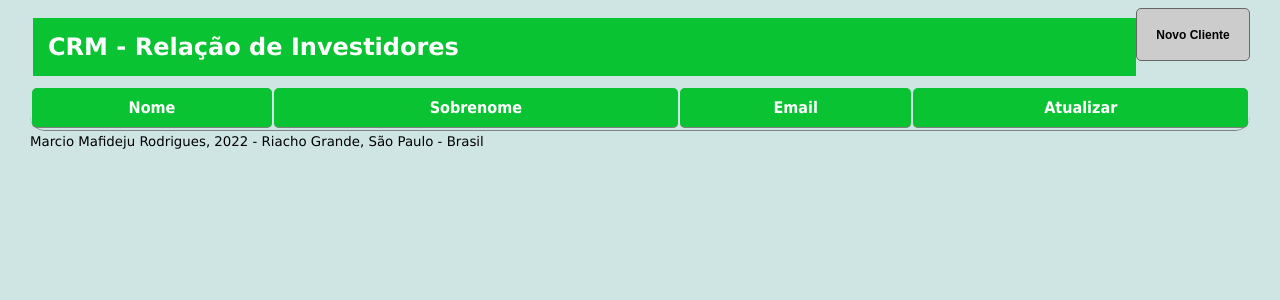
Repository: mafideju/CustomerTracker
Page: http://localhost/web-customer-tracker/WEB-INF/view/list-customers.jsp
An editor plug-in stored every save of this project. The page is shown before and after the next save, followed by the edit.
The browser window is 1280 px wide. The pictures show the whole page.
The page is served by Tomcat 9. Nobody is signed in. The template is opened directly, without the code that normally fills it, so the values that code supplies are empty.

Above is the page before, as saved 2022-01-27 13:58:10.

After the next save:
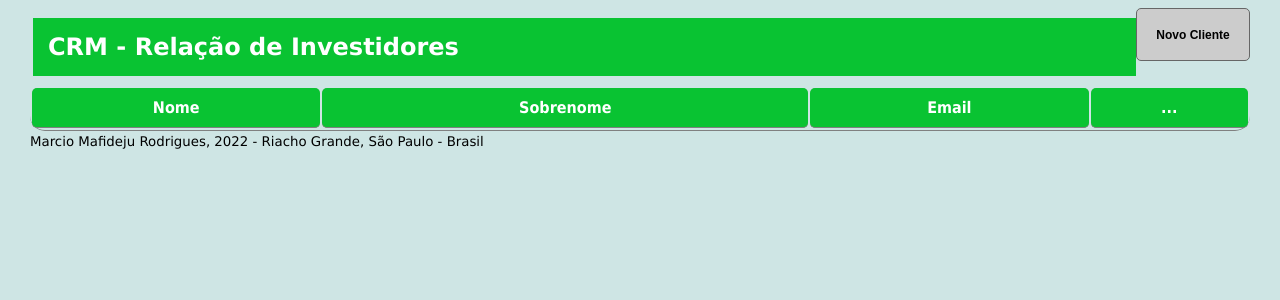
Saved 74 s later.
--- a/web-customer-tracker/WebContent/WEB-INF/view/list-customers.jsp
+++ b/web-customer-tracker/WebContent/WEB-INF/view/list-customers.jsp
@@ -27,7 +27,7 @@
 							<th>Nome</th>
 							<th>Sobrenome</th>
 							<th>Email</th>
-							<th>Atualizar</th>
+							<th>...</th>
 						</tr>
 
 						<c:forEach var="customer" items="${customers}">
